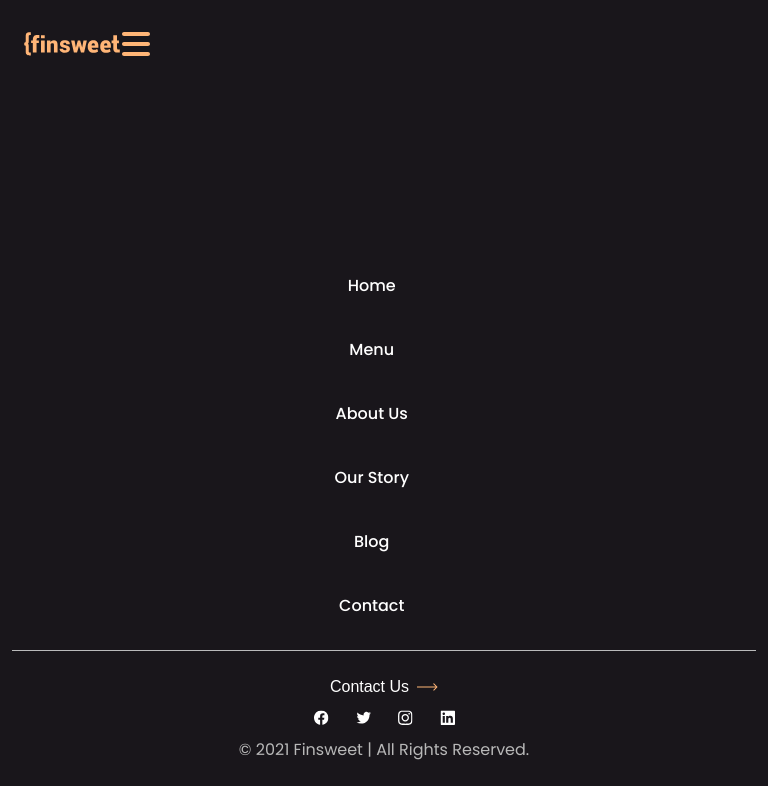
Repository: Minns-Cao/project-finsweet
Page: contact.html
These files come from the project's save history. The page is drawn as it stood at one moment and after a run of saves; the edit follows.
The browser window is 768 px wide. The pictures show the whole page.
Some web fonts or font styles are not loaded; a fallback is used.

Above is the page before, as saved 2023-04-28 15:22:09.

After the next 5 saves:
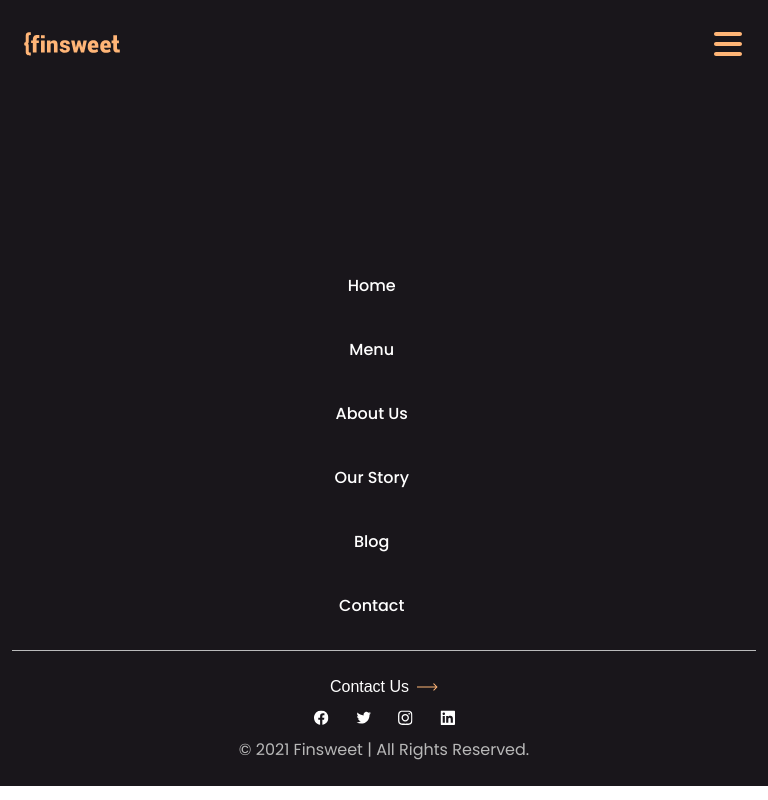
The 5 saves are shown as one change because they came seconds apart.
The last was saved 13 s later.
--- a/assets/css/style.css
+++ b/assets/css/style.css
@@ -247,7 +247,7 @@ a {
 
     .header .nav-mb-btn {
         display: block;
-
+        margin-left: auto;
     }
 
     /* Footer */
